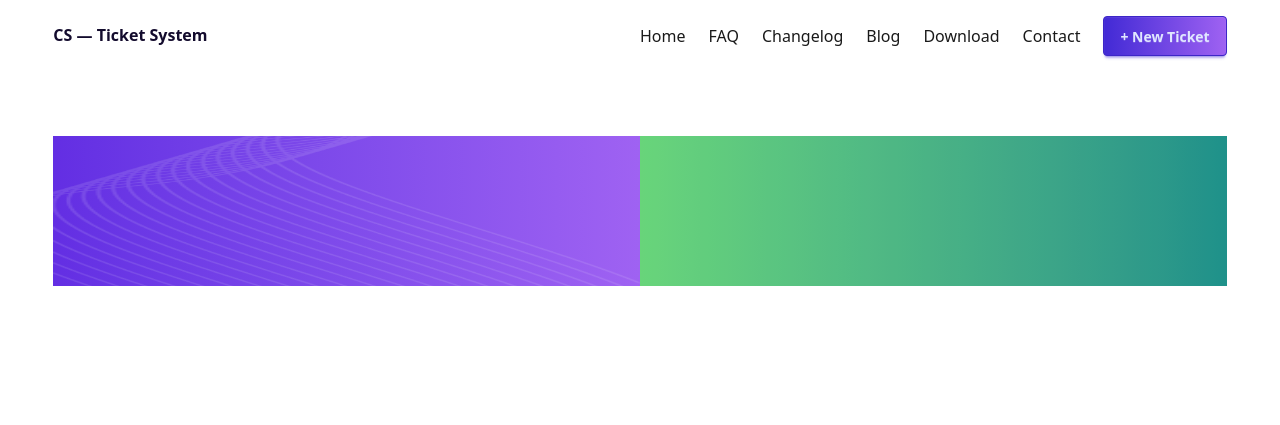
Repository: SanjidaSnigdha/Customer-Support-Zone
Page: /
The author's editor kept a copy of each file at every save. The page is drawn from the files as they stood at one save, then again after the next save.
The browser window is 1280 px wide. The pictures show the whole page.
The project was rebuilt for these pictures with package versions that can differ from the ones it lists, and the page was loaded fresh each time. Also part of the build but not shown: vite.config.js, src/App.css.

Above is the page before, as saved 2026-03-24 01:55:30.

### index.html
<!doctype html>
<html lang="en">
  <head>
    <meta charset="UTF-8" />
    <link rel="icon" type="image/svg+xml" href="/favicon.svg" />
    <meta name="viewport" content="width=device-width, initial-scale=1.0" />
    <title>customer-support-zone</title>
  </head>
  <body>
    <div id="root"></div>
    <script type="module" src="/src/main.jsx"></script>
  </body>
</html>

### src/index.css
 @import "tailwindcss";
 @plugin "daisyui" {
  themes: light --default, dark --prefersdark;
  themes: light --default;
 }

### src/App.jsx
import { useState } from 'react'
import './App.css'
import Navbar from './component/Navbar/Navbar'
import Banner from './component/Banner/Banner'

function App() {
  const [count, setCount] = useState(0)

  return (
    <>
   <Navbar></Navbar>
   <Banner></Banner>
    </>
  )
}

export default App

### src/component/Navbar/Navbar.jsx
import React from 'react';

const Navbar = () => {
    return (
        <div className='flex justify-between w-11/12 mx-auto mt-4'>
            <div className='navbar-start'>
                <h1 className='w-[833px] h-[26px] font-bold text-[#130B2D]'>CS — Ticket System</h1>
            </div>
            <div className='navbar-end justify-between gap-3 text-[#000000]/90'>
                <a>Home</a>
                <a>FAQ</a>
                <a>Changelog</a>
                <a>Blog</a>
                <a>Download</a>
                <a>Contact</a>
         <button className='btn btn-primary bg-gradient-to-r from [#632EE3] to-[#9F62F2]'>+ New Ticket</button>
            </div>
        </div>
    );
};

export default Navbar;

### src/component/Banner/Banner.jsx
import React from 'react';
import vectorImg1 from '../../assets/vector1.png'
import vectorImg2 from '../../assets/vector2.png'

const Banner = () => {
    return (
        <div className='flex justify-between w-11/12 mx-auto mt-20'>
            <img src={vectorImg1} alt="" className=' bg-gradient-to-r from-[#632EE3] to-[#9F62F2] w-[600px] h-[150px]'/>
            <img src={vectorImg2} alt="" className='bg-gradient-to-r from-[#54CF68] to-[#00827A] w-[600px] h-[150px]'/>
        </div>
    );
};

export default Banner;

Loaded but not shown: src/main.jsx (common file)

After the next save:
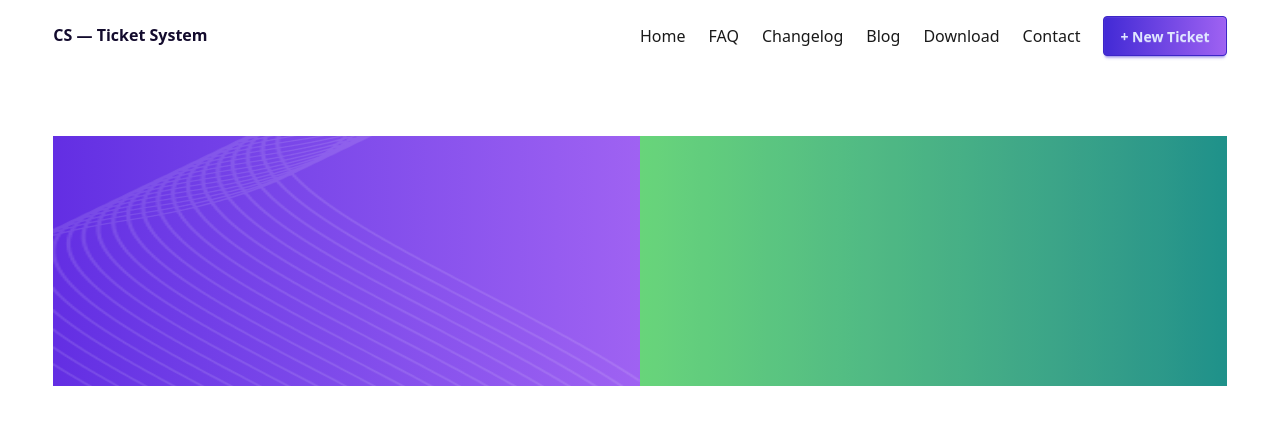
Saved 54 s later.
--- a/src/component/Banner/Banner.jsx
+++ b/src/component/Banner/Banner.jsx
@@ -5,8 +5,8 @@ import vectorImg2 from '../../assets/vector2.png'
 const Banner = () => {
     return (
         <div className='flex justify-between w-11/12 mx-auto mt-20'>
-            <img src={vectorImg1} alt="" className=' bg-gradient-to-r from-[#632EE3] to-[#9F62F2] w-[600px] h-[150px]'/>
-            <img src={vectorImg2} alt="" className='bg-gradient-to-r from-[#54CF68] to-[#00827A] w-[600px] h-[150px]'/>
+            <img src={vectorImg1} alt="" className=' bg-gradient-to-r from-[#632EE3] to-[#9F62F2] w-[700px] h-[250px]'/>
+            <img src={vectorImg2} alt="" className='bg-gradient-to-r from-[#54CF68] to-[#00827A] w-[700px] h-[250px]'/>
         </div>
     );
 };
